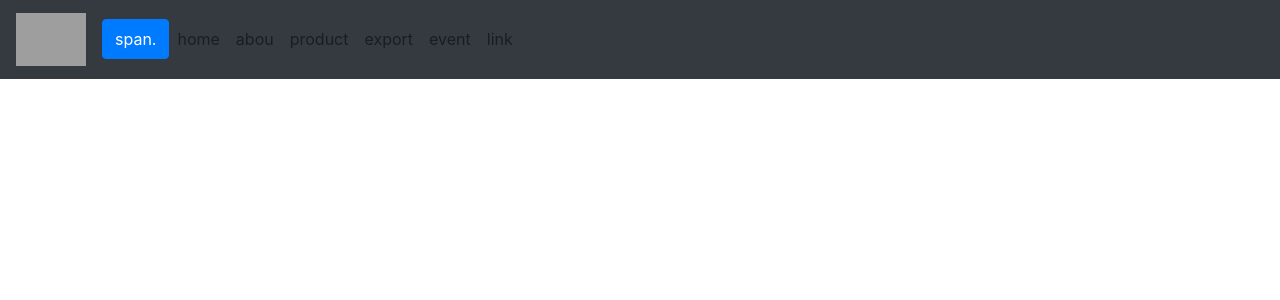
Repository: vijayholve/nutriritefoods
Page: hypenfoods.html
The author's editor kept a copy of each file at every save. The page is drawn from the files as they stood at one save, then again after a run of saves.
The browser window is 1280 px wide. The pictures show the whole page.
Pictures or frames that could not be fetched are drawn as grey boxes.

Above is the page before, as saved 2024-10-17 12:33:52.

After the next 2 saves:
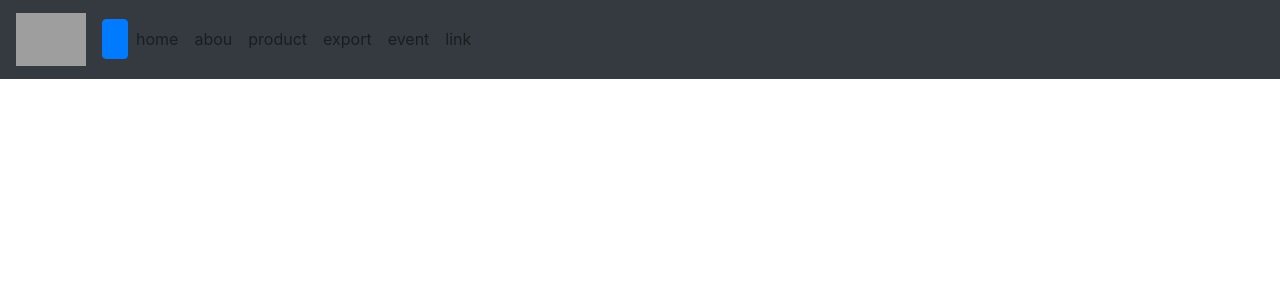
The 2 saves are shown as one change because they came seconds apart.
The last was saved 6 s later.
--- a/hypenfoods.html
+++ b/hypenfoods.html
@@ -14,7 +14,7 @@
       </a>
       <div class="navbar-nav" width="60px">
         <button type="button" class="btn btn-primary" data-toggle="button" aria-pressed="false" autocomplete="off">
-            span.
+
         </button>
         <div class="nav-link">home</div>
         <div class="nav-link">abou</div>
